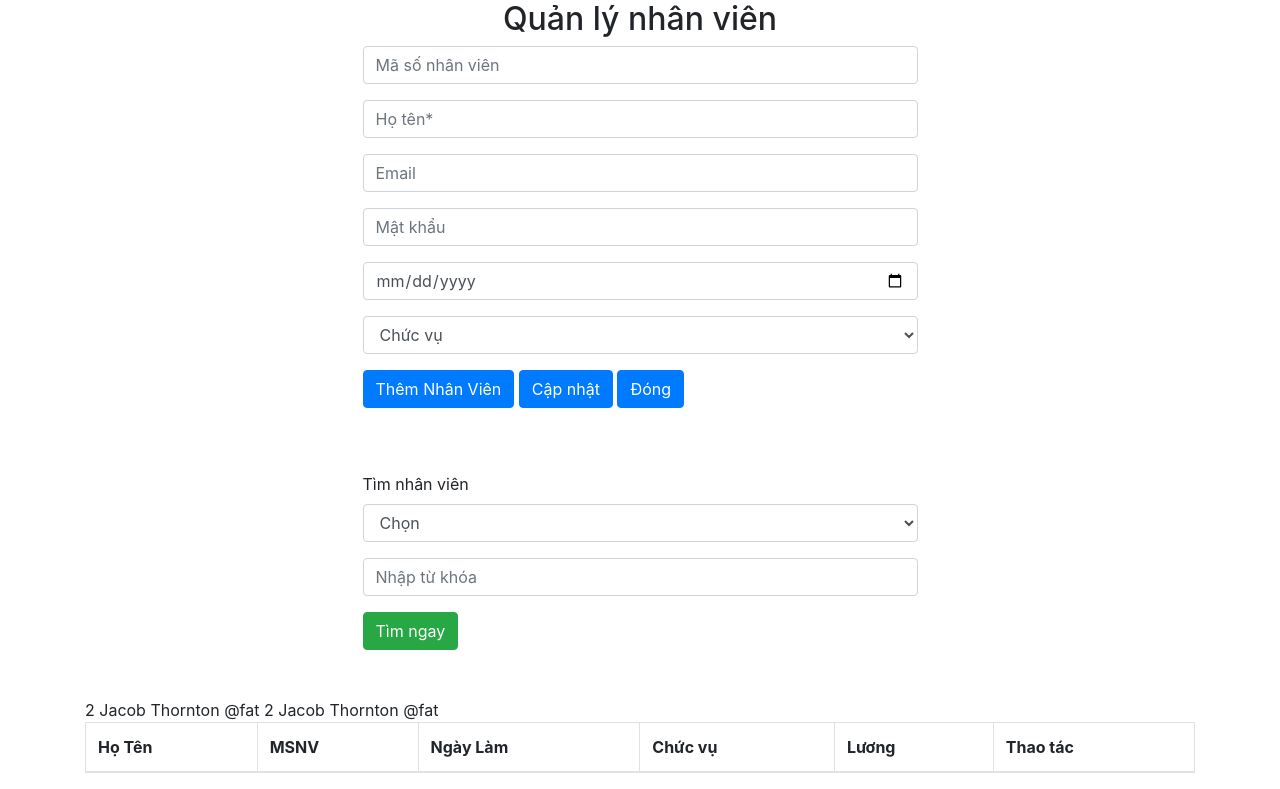
Repository: dovanthao2404/quanlynhanvien
Page: index.html
These files come from the project's save history. The page is drawn as it stood at one moment and after the next save; the edit follows.
The browser window is 1280 px wide. The pictures show the whole page.

Above is the page before, as saved 2021-06-30 00:47:48.

### index.html
<!DOCTYPE html>
<html lang="en">

<head>
  <meta charset="UTF-8">
  <meta http-equiv="X-UA-Compatible" content="IE=edge">
  <meta name="viewport" content="width=device-width, initial-scale=1.0">
  <title>Quan Ly Nhan Vien</title>
  <!-- BOOTSTRAP  -->
  <link rel="stylesheet" href="https://cdn.jsdelivr.net/npm/bootstrap@4.6.0/dist/css/bootstrap.min.css"
    integrity="sha384-B0vP5xmATw1+K9KRQjQERJvTumQW0nPEzvF6L/Z6nronJ3oUOFUFpCjEUQouq2+l" crossorigin="anonymous">
  <!-- MAIN CSS -->
  <link rel="stylesheet" href="./css/style.css">
</head>

<body>
  <div class="main">
    <div class="add-staff">
      <div class="container">
        <form>
          <div class="row">
            <div class="col">
              <div class="add-staff__content w-50 mx-auto">
                <div class="add-staff-title">
                  <h2 id="header-title" class="text-center">Quản lý nhân viên</h2>
                </div>
                <div class="form-group">
                  <input type="text" class="form-control" id="msnv" placeholder="Mã số nhân viên">
                  <span id="thongBaoMNV" class="sp-thongbao text-danger"></span>
                </div>
                <div class="form-group">
                  <input type="text" class="form-control" id="hoTen" placeholder="Họ tên*">
                  <span id="thongBaoHo" class="sp-thongbao text-danger"></span>
                </div>
                <div class="form-group">
                  <input type="text" class="form-control" id="email" placeholder="Email">
                  <span id="thongBaoMNV" class="sp-thongbao text-danger"></span>
                </div>
                <div class="form-group">
                  <input type="password" class="form-control" id="matKhau" placeholder="Mật khẩu">
                  <span id="thongBaoMNV" class="sp-thongbao text-danger"></span>

                </div>
                <div class="form-group">
                  <input type="date" class="form-control" id="ngayLam">
                  <span id="thongBaoNgayLam" class="sp-thongbao text-danger"></span>

                </div>
                <div class="form-group">
                  <select id="chucVu" class="form-control">
                    <option selected>Chức vụ</option>
                    <option>Sếp</option>
                    <option>Trưởng Phòng</option>
                    <option>Nhân Viên</option>
                  </select>
                  <span id="thongBaoChucVu" class="sp-thongbao text-danger"></span>

                </div>
                <div class="form-group">

                  <button class="btn btn-primary" type="button" id="btnThemNhanVien">Thêm Nhân Viên</button>
                  <button class="btn btn-primary" type="button" id="btnCapNhat">Cập nhật</button>
                  <button class="btn btn-primary" type="button" id="btnDong">Đóng</button>
                </div>
              </div>
            </div>
          </div>

        </form>
      </div>
    </div>
    <div class="search-staff my-5">
      <div class="container">
        <div class="add-staff__content w-50 mx-auto">
          <div class="form-group">
            <label for="">Tìm nhân viên</label>
            <select id="" class="form-control">
              <option selected>Chọn</option>
              <option>Theo Tên</option>
              <option>Theo mã</option>
            </select>
            <span class="sp-thongbao text-danger"></span>
          </div>
          <div class="form-group">
            <input class="form-control" type="text" placeholder="Nhập từ khóa">
          </div>
          <div class="form-group">
            <input class="btn btn-success" type="button" value="Tìm ngay">
          </div>
        </div>
      </div>
    </div>
  </div>

  <div class="list-staff">
    <div class="container">
      <div id="list-staff__content">
        <table class="table table-bordered">
          <thead>
            <tr>
              <th scope="col">Họ Tên</th>
              <th scope="col">MSNV</th>
              <th scope="col">Ngày Làm</th>
              <th scope="col">Chức vụ</th>
              <th scope="col">Lương</th>
              <th scope="col">Thao tác</th>
            </tr>
          </thead>
          <tboby id="tableDanhSach">

          </tboby>
        </table>
      </div>
    </div>
  </div>
  <!-- BOOSTRAP -->
  <script src="https://code.jquery.com/jquery-3.5.1.slim.min.js"
    integrity="sha384-DfXdz2htPH0lsSSs5nCTpuj/zy4C+OGpamoFVy38MVBnE+IbbVYUew+OrCXaRkfj"
    crossorigin="anonymous"></script>
  <script src="https://cdn.jsdelivr.net/npm/bootstrap@4.6.0/dist/js/bootstrap.bundle.min.js"
    integrity="sha384-Piv4xVNRyMGpqkS2by6br4gNJ7DXjqk09RmUpJ8jgGtD7zP9yug3goQfGII0yAns"
    crossorigin="anonymous"></script>
  <script src="./js/NhanVien.js"></script>
  <script src="js/CongTy.js"></script>
  <script src="js/main.js"></script>
</body>

</html>

### js/NhanVien.js
class NhanVien {

  constructor(maNV, hoTen, email, matKhau, ngayLamViec, chucVu) {
    this.maNV = maNV;
    this.hoTen = hoTen;
    this.email = email;
    this.matKhau = matKhau;
    this.ngayLamViec = ngayLamViec;
    this.chucVu = chucVu;
    this.mangDoiChieu = [this.maNV, this.hoTen, this.email
      , this.matKhau, this.ngayLamViec, this.chucVu];
  }
}

### js/CongTy.js
class CongTy {
  constructor() {
    this.DanhSachNhanVien = [];
  }
  // Phương thức thêm nhân viên mới vào mảng (thuộc tính) DanhSachNhanVien
  ThemNhanVien(nhanVienMoi) {
    this.DanhSachNhanVien = [...this.DanhSachNhanVien, nhanVienMoi];
  }

  // Phước thức tìm nhân viên theo mã nhân viên, trả về vị trí nhân viên trong mảng DanhSachNhanVien
  TimViTriNhanVien(maNV) {
    // return this.DanhSachNhanVien.find(nhanVien => nhanVien.maNV === maNV)
    for (let viTri in this.DanhSachNhanVien) {
      if (this.DanhSachNhanVien[viTri].maNV === maNV) {
        return viTri;
      }
    }
    return -1;
  }

  // Tìm nhân viên theo mã trả về nhân viên
  TimNhanVienTheoMa(maNV) {
    let viTri = this.TimViTriNhanVien(maNV);
    if (viTri != -1) {
      return this.DanhSachNhanVien[viTri];
    } else {
    }
  }

  // Xóa nhân viên theo mã
  XoaNhanVien(maNV) {
    let viTri = this.TimViTriNhanVien(maNV);
    if (viTri != -1) {
      this.DanhSachNhanVien.splice(viTri, 1);
    } else {
    }
  }

  // Sửa nhân viên
  SuaNhanVien(nhanVien) {
    let viTri = this.TimViTriNhanVien(nhanVien.maNV);
    this.DanhSachNhanVien[viTri] = nhanVien;
  }

  // Tìm nhân viên theo tên --> trả về danh sách nhân viên
  TimNhanVienTheoTen(hoTen) {
    let dskq = new CongTy();
    hoTen = hoTen.trim().toUpperCase();
    for (let nhanVien of this.DanhSachNhanVien) {
      let hoTenNV = nhanVien.hoTen.trim().toUpperCase();
      if (hoTenNV.search(hoTen) !== -1) {
        dskq.ThemNhanVien(nhanVien);
      }
    }
    return dskq;
  }
}

### js/main.js
function getEle(ele) {
  return document.getElementById(ele);
}

var congTy = new CongTy();
var nhanVienMoi = new NhanVien('1', "Do Van Thao", 'abc@gmail.com', 'truongthikhanhngan', 'ngayLamViec', 'chucVu');
congTy.ThemNhanVien(nhanVienMoi);
nhanVienMoi = new NhanVien('2', "Truong Thi Khanh Ngan", 'abc@gmail.com', 'truongthikhanhngan', 'ngayLamViec', 'chucVu');
congTy.ThemNhanVien(nhanVienMoi);

// Ham goi modal popup: Them Nhan Vien or Sua thong tin nhan vien
GoiModal = (modal_title, readonly = false, type = 1) => {
  // type = 1: them nhan vien, type = 2: sua thong tin
  getEle('header-title').innerHTML = modal_title;
  getEle('msnv').readonly = readonly;

  switch (type) {
    case 1: //Them nhanVien
      getEle("btnThemNhanVien").style.display = "inline-block";
      getEle("btnCapNhat").style.display = "none";
      getEle("btnDong").style.display = "inline-block";
      break;

    case 2:
      getEle("btnCapNhat").style.display = "inline-block";
      getEle("btnThemNhanVien").style.display = "none";
      getEle("btnDong").style.display = "inline-block";
      break;
  }
}

// Reset form
XoaForm = () => {
  let elements = document.getElementsByTagName('input');
  for (let element of elements) {
    element.value = '';
  }
  document.getElementById('chucVu').selectedIndex = 0;
}

let trangHienThi = 1;
// HienThiDanhSach = (dsnv) => {
//   let tbody = getEle("tableDanhSach");
//   let htmls = '';
//   let soNV = dsnv.length;
//   for (let i = 0; i < soNV; i++) {
//     htmls += `<tr>
//       <th scope="row">${dsnv[i].maNV}</th>
//       <td>Jacob</td>
//       <td>Thornton</td>
//       <td>@fat</td>
//       <td>Jacob</td>
//       <td>Thornton</td>
//       <td>
//         <button class="btn btn-warning" id="sua">Sửa</button>
//         <button class="btn btn-danger" id="xoa">Xóa</button>
//       </td>
//     </tr>`
//   }
//   tbody.innerHTML = htmls;
// }
// HienThiDanhSach(congTy.DanhSachNhanVien);

function HienThiDanhSach(dsnv) {
  var tbody = document.getElementById('tableDanhSach');
  // let tbody = getEle("tableDanhSach");
  var htmls = '';
  let soNV = dsnv.length;
  for (let i = 0; i < soNV; i++) {
    htmls += `
    <tr>
      <th scope="row">2</th>
      <td>Jacob</td>
      <td>Thornton</td>
      <td>@fat</td>
    </tr>
    `
  }
  tbody.innerHTML = htmls;
}
HienThiDanhSach(congTy.DanhSachNhanVien);

Loaded but not shown: css/style.css (common file)

After the next save:
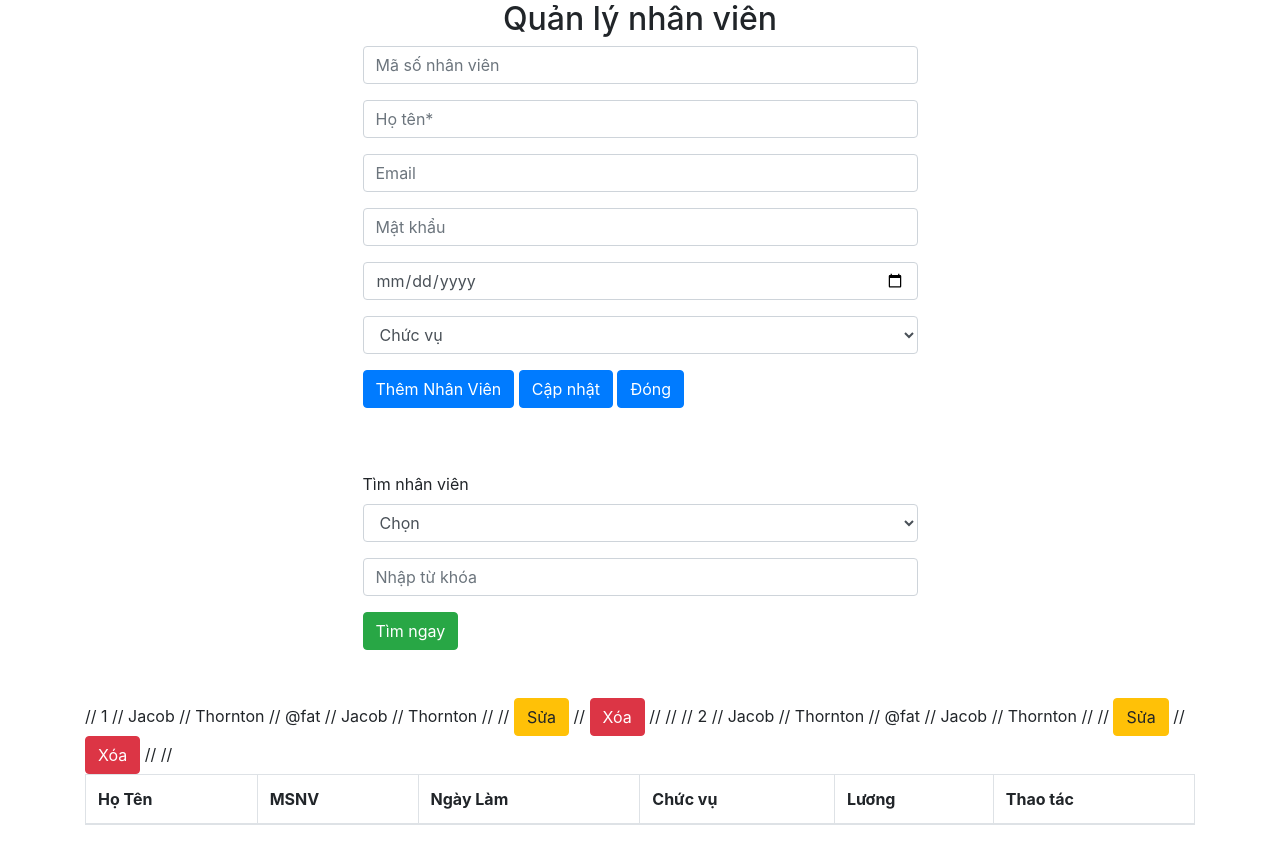
Saved 11 s later.
--- a/js/main.js
+++ b/js/main.js
@@ -67,14 +67,18 @@ function HienThiDanhSach(dsnv) {
   var htmls = '';
   let soNV = dsnv.length;
   for (let i = 0; i < soNV; i++) {
-    htmls += `
-    <tr>
-      <th scope="row">2</th>
-      <td>Jacob</td>
-      <td>Thornton</td>
-      <td>@fat</td>
-    </tr>
-    `
+    htmls += `<tr>
+    //       <th scope="row">${dsnv[i].maNV}</th>
+    //       <td>Jacob</td>
+    //       <td>Thornton</td>
+    //       <td>@fat</td>
+    //       <td>Jacob</td>
+    //       <td>Thornton</td>
+    //       <td>
+    //         <button class="btn btn-warning" id="sua">Sửa</button>
+    //         <button class="btn btn-danger" id="xoa">Xóa</button>
+    //       </td>
+    //     </tr>`
   }
   tbody.innerHTML = htmls;
 }
